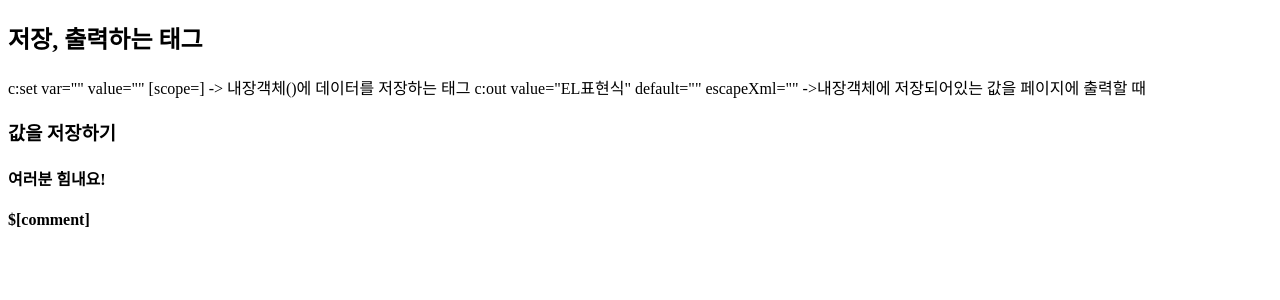
Repository: simjiho/week
Page: http://localhost/el_jstl/views/jstl/02_controltag.jsp
These files come from the project's save history. The page is drawn as it stood at one moment and after the next save; the edit follows.
The browser window is 1280 px wide. The pictures show the whole page.
The page is served by Tomcat 9. Other server files are loaded and not shown.

Above is the page before, as saved 2024-04-20 05:50:53.

### workspace/el_jstl/src/main/webapp/views/jstl/02_controltag.jsp
<%@ page language="java" contentType="text/html; charset=UTF-8"
    pageEncoding="UTF-8"%>
<%@ taglib prefix="c" uri="http://java.sun.com/jsp/jstl/core" %>
<!DOCTYPE html>
<html>
<head>
<meta charset="UTF-8">
<title>코어태그 사용하기</title>
</head>
<body>
	<h2>저장, 출력하는 태그</h2>
	<p>
		c:set var="" value="" [scope=] -> 내장객체()에 데이터를 저장하는 태그
		c:out value="EL표현식" default="" escapeXml="" ->내장객체에 저장되어있는 값을 페이지에 출력할 때 <br>
	</p>
	<h3>값을 저장하기</h3>
	<c:set var="comment" value="여러분 힘내요!"/>
	<h4><c:out value="${comment}"/></h4>
	<h4>$[comment]</h4>
</body>
</html>

After the next save:
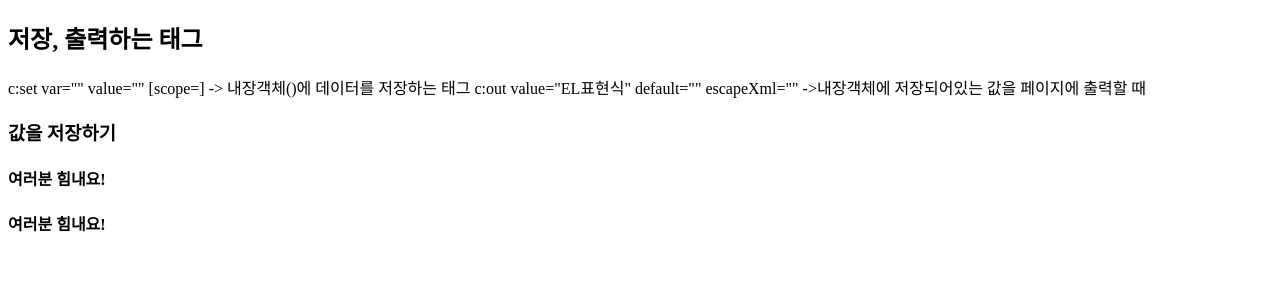
Saved 10 s later.
--- a/workspace/el_jstl/src/main/webapp/views/jstl/02_controltag.jsp
+++ b/workspace/el_jstl/src/main/webapp/views/jstl/02_controltag.jsp
@@ -16,6 +16,6 @@
 	<h3>값을 저장하기</h3>
 	<c:set var="comment" value="여러분 힘내요!"/>
 	<h4><c:out value="${comment}"/></h4>
-	<h4>$[comment]</h4>
+	<h4>${comment}</h4>
 </body>
 </html>
